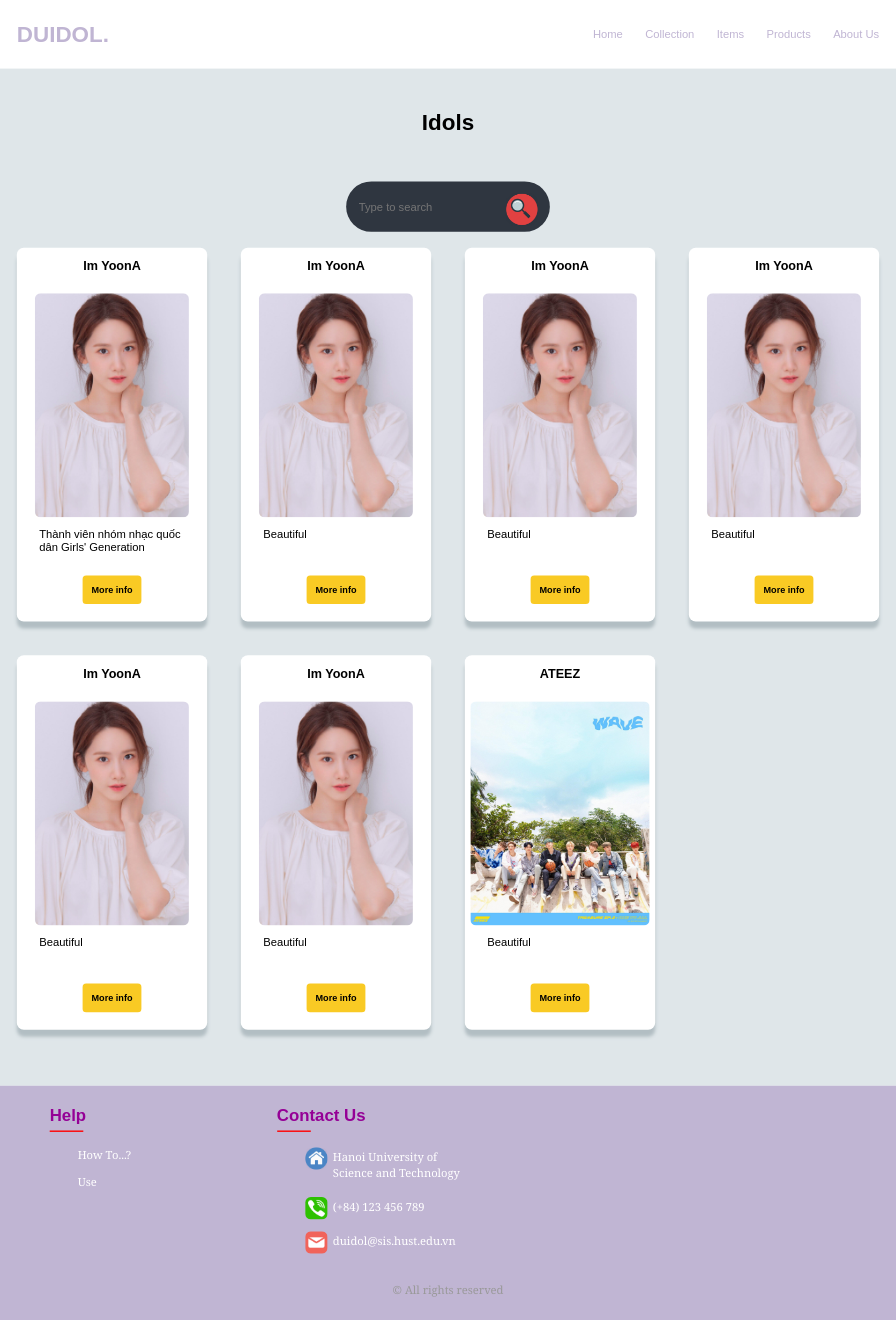
Repository: hangvtt183524/Cong_nghe_Web_va_dich_vu_truc_tuyen_20202
Page: ProjectWeb/src/View/html/idol_list.html
The author's editor kept a copy of each file at every save. The page is drawn from the files as they stood at one save, then again after the next save.
The browser window is 1280 px wide. The pictures show the whole page, at 70% of full size.

Above is the page before, as saved 2021-05-06 16:43:14.

After the next save:
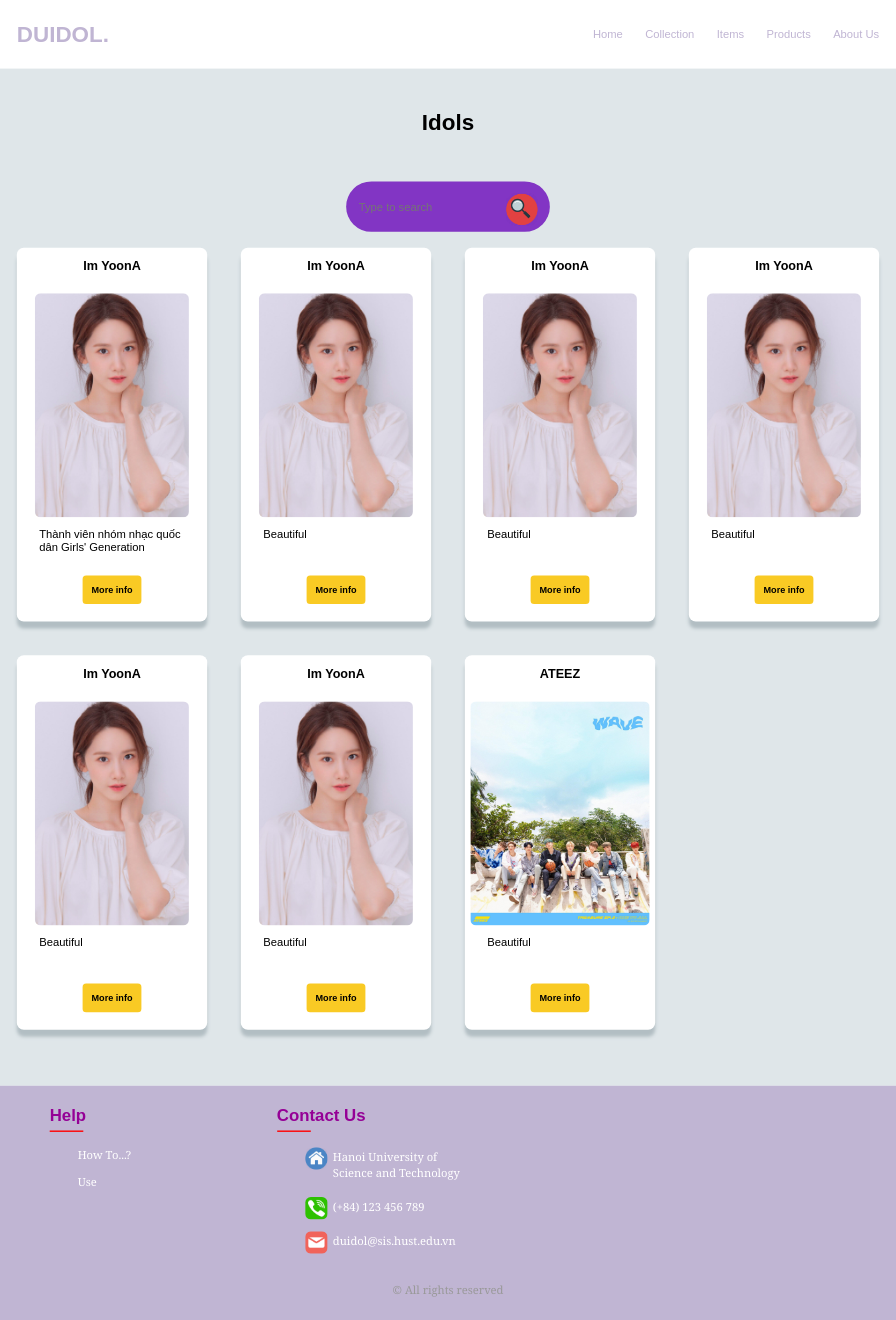
Saved 29 s later.
--- a/ProjectWeb/src/View/css/idol_list.css
+++ b/ProjectWeb/src/View/css/idol_list.css
@@ -22,7 +22,7 @@
 	top: 50%;
 	left: 50%;
 	transform: translate(-50%, -140%);
-	background: #2f3640;
+	background: #8235C4;
 	height: 2.5em;
 	border-radius: 3em;
 	padding: 1em;

After the save that followed:
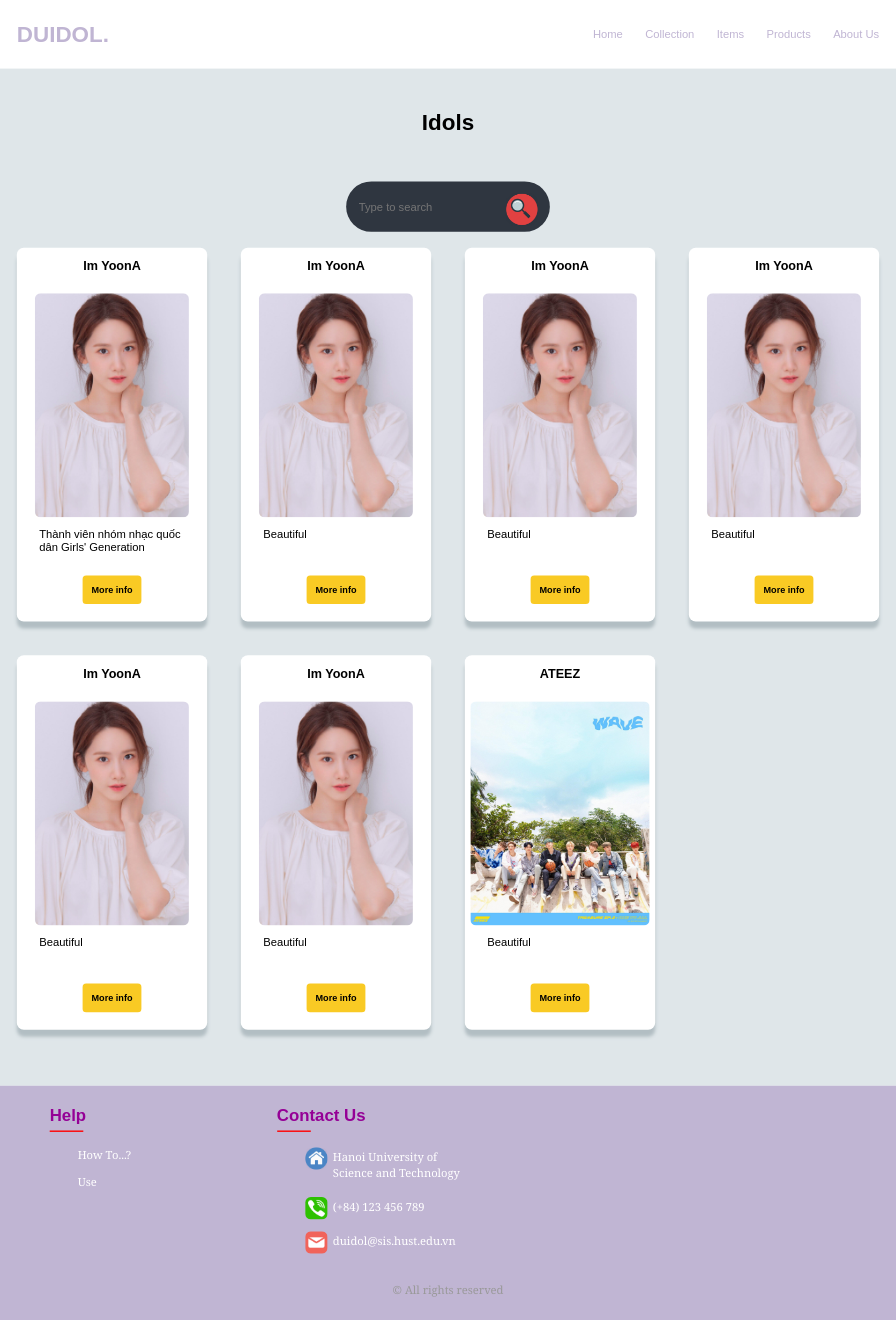
Saved 11 s later.
--- a/ProjectWeb/src/View/css/idol_list.css
+++ b/ProjectWeb/src/View/css/idol_list.css
@@ -22,7 +22,7 @@
 	top: 50%;
 	left: 50%;
 	transform: translate(-50%, -140%);
-	background: #8235C4;
+	background: #2f3640;
 	height: 2.5em;
 	border-radius: 3em;
 	padding: 1em;
